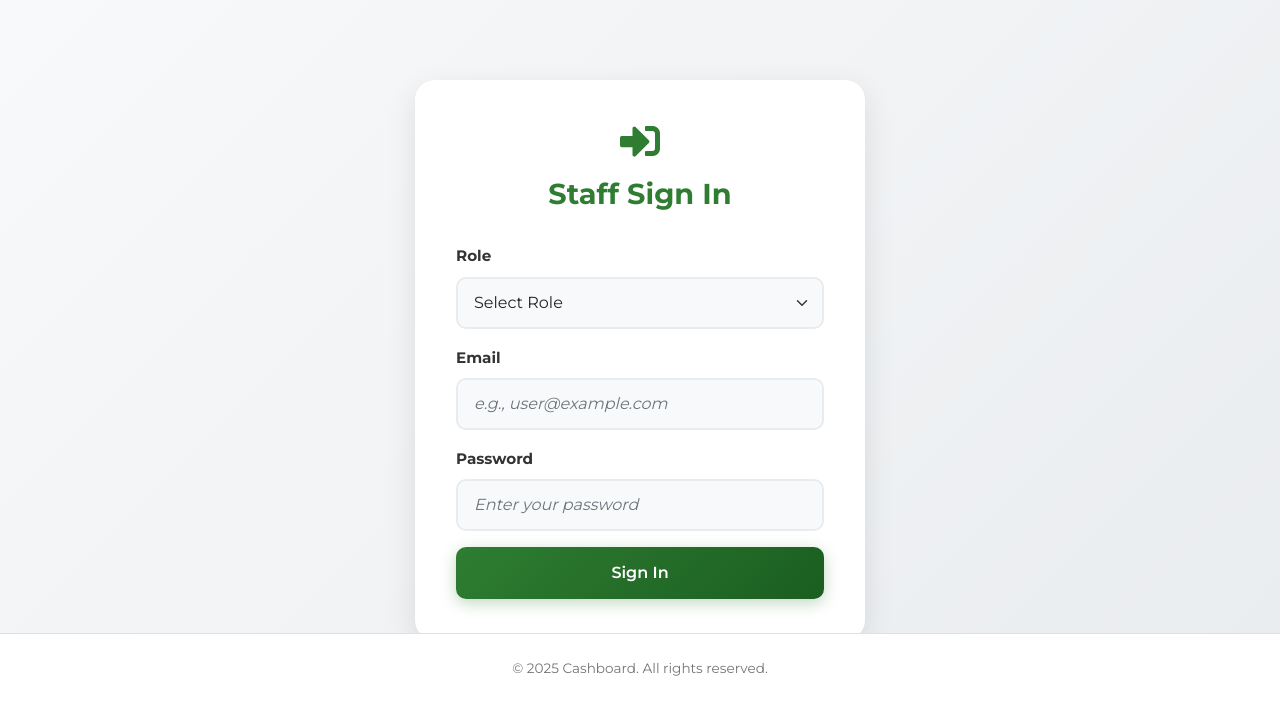
Repository: VonMGH/ALUmytics
Page: http://localhost/staff/login.php
An editor plug-in stored every save of this project. The page is shown before and after the next save, followed by the edit.
The browser window is 1280 px wide. The pictures show the whole page.
The page is run by PHP 8.4 with error messages shown; the project is at /var/www/html/. The database holds what the project's SQL file puts in it.

Above is the page before, as saved 2025-08-17 23:30:35.

### staff/login.php
<?php
ini_set('display_errors', 1);
ini_set('display_startup_errors', 1);
error_reporting(E_ALL);

require_once __DIR__ . '/../db/Database.php';
session_start();

$isAjax = isset($_SERVER['HTTP_X_REQUESTED_WITH']) && strtolower($_SERVER['HTTP_X_REQUESTED_WITH']) === 'xmlhttprequest';

$toastData = null;

if ($_SERVER["REQUEST_METHOD"] === "POST") {
    $conn = Database::getInstance()->getConnection();
    $email = trim($_POST['email']);
    $password = $_POST['password'];
    $role = isset($_POST['role']) ? $_POST['role'] : '';
    $college_id = isset($_POST['college_id']) ? $_POST['college_id'] : '';

    if (!$role || ($role === 'coordinator' && !$college_id)) {
        if ($isAjax) {
            header('Content-Type: application/json');
            echo json_encode(['success' => false, 'error' => 'Role and (if coordinator) college are required.']);
            exit;
        }
        $toastData = [
            'message' => 'Role and (if coordinator) college are required.',
            'type' => 'error'
        ];
    } else {
        if ($role === 'coordinator') {
            $stmt = $conn->prepare("SELECT user_id, password_hash, college_id FROM users WHERE email = ? AND role = ?");
            $stmt->bind_param('ss', $email, $role);
        } else {
            $stmt = $conn->prepare("SELECT user_id, password_hash FROM users WHERE email = ? AND role = ?");
            $stmt->bind_param('ss', $email, $role);
        }
        $stmt->execute();
        if ($role === 'coordinator') {
            $stmt->store_result();
            if ($stmt->num_rows == 1) {
                $stmt->bind_result($userId, $hashedPassword, $db_college_id);
                $stmt->fetch();
                if ($db_college_id != $college_id) {
                    if ($isAjax) {
                        header('Content-Type: application/json');
                        echo json_encode(['success' => false, 'error' => 'Selected college does not match your assigned college.']);
                        exit;
                    }
                    $toastData = [
                        'message' => 'Selected college does not match your assigned college.',
                        'type' => 'error'
                    ];
                }
            } else {
                if ($isAjax) {
                    header('Content-Type: application/json');
                    echo json_encode(['success' => false, 'error' => 'No coordinator found with these credentials.']);
                    exit;
                }
                $toastData = [
                    'message' => 'No coordinator found with these credentials.',
                    'type' => 'error'
                ];
            }
        } else {
            $stmt->store_result();
            if ($stmt->num_rows == 1) {
                $stmt->bind_result($userId, $hashedPassword, $emailVerified);
                $stmt->fetch();
            } else {
                if ($isAjax) {
                    header('Content-Type: application/json');
                    echo json_encode(['success' => false, 'error' => 'No user found with these credentials and role.']);
                    exit;
                }
                $toastData = [
                    'message' => 'No user found with these credentials and role.',
                    'type' => 'error'
                ];
            }
        }
        if (!isset($toastData)) { // Only proceed if no error so far
            if (password_verify($password, $hashedPassword)) {
                if ($emailVerified == 0) {
                    $_SESSION['user_id'] = $userId;
                    $_SESSION['email'] = $email;
                    $_SESSION['otp_user_id'] = $userId;
                    $_SESSION['registration_email'] = $email;
                    if ($isAjax) {
                        header('Content-Type: application/json');
                        echo json_encode(['success' => true, 'redirect' => '../alumni/email-verification.php']);
                        exit;
                    }
                    // Redirect instantly for email verification
                    header('Location: ../alumni/email-verification.php');
                    exit;
                } else {
                    $_SESSION['user_id'] = $userId;
                    $_SESSION['email'] = $email;
                    $ipAddress = $_SERVER['REMOTE_ADDR'];
                    $success = 1;
                    $logStmt = $conn->prepare("INSERT INTO login_logs (user_id, ip_address, success) VALUES (?, ?, ?)");
                    $logStmt->bind_param('isi', $userId, $ipAddress, $success);
                    $logStmt->execute();
                    $logStmt->close();
                    if ($isAjax) {
                        $onboardedStmt = $conn->prepare("SELECT onboarded FROM users WHERE user_id = ?");
                        $onboardedStmt->bind_param('i', $userId);
                        $onboardedStmt->execute();
                        $onboardedStmt->bind_result($onboarded);
                        $onboardedStmt->fetch();
                        $onboardedStmt->close();
                        if ($onboarded == 0) {
                            header('Content-Type: application/json');
                            echo json_encode(['success' => true, 'redirect' => '../alumni/UpdateAccount.php']);
                            exit;
                        } else {
                            // All staff roles redirect to unified dashboard
                            $redirectUrl = 'index.php';
                            header('Content-Type: application/json');
                            echo json_encode(['success' => true, 'redirect' => $redirectUrl]);
                            exit;
                        }
                    }
                    $onboardedStmt = $conn->prepare("SELECT onboarded FROM users WHERE user_id = ?");
                    $onboardedStmt->bind_param('i', $userId);
                    $onboardedStmt->execute();
                    $onboardedStmt->bind_result($onboarded);
                    $onboardedStmt->fetch();
                    $onboardedStmt->close();
                    if ($onboarded == 0) {
                        // Redirect instantly for non-onboarded users
                        header('Location: ../alumni/UpdateAccount.php');
                        exit;
                    } else {
                        // All staff roles redirect to unified dashboard instantly
                        header('Location: index.php');
                        exit;
                    }
                }
            } else {
                $ipAddress = $_SERVER['REMOTE_ADDR'];
                $success = 0;
                $logStmt = $conn->prepare("INSERT INTO login_logs (user_id, ip_address, success) VALUES (?, ?, ?)");
                $logStmt->bind_param('isi', $userId, $ipAddress, $success);
                $logStmt->execute();
                $logStmt->close();
                if ($isAjax) {
                    header('Content-Type: application/json');
                    echo json_encode(['success' => false, 'error' => 'Incorrect password. Try again.']);
                    exit;
                }
                $toastData = [
                    'message' => 'Incorrect password. Try again.',
                    'type' => 'error'
                ];
            }
        }
        $stmt->close();
        // Do NOT call $conn->close() here
    }
}

// Fetch colleges for dropdown
$colleges = [];
$conn = Database::getInstance()->getConnection();
$result = $conn->query("SELECT id, name FROM colleges ORDER BY name ASC");
while ($row = $result->fetch_assoc()) {
    $colleges[] = $row;
}
$conn->close();
?>
<?php include 'includes/header.php'; ?>
<link rel="stylesheet" href="css/style.css">
<link rel="stylesheet" href="css/footer_fixed.css">
<style>
.login-container {
    background: linear-gradient(135deg, #f8f9fa 0%, #e9ecef 100%);
    min-height: 100vh;
    display: flex;
    align-items: center;
    justify-content: center;
    padding: 2rem;
}

.login-card {
    background: white;
    border-radius: 20px;
    box-shadow: 0 10px 30px rgba(0, 0, 0, 0.1);
    padding: 2.5rem;
    max-width: 450px;
    width: 100%;
    border: 1px solid rgba(255, 255, 255, 0.2);
    backdrop-filter: blur(10px);
}

.login-header {
    text-align: center;
    margin-bottom: 2rem;
}

.login-header h2 {
    color: var(--primary-color);
    font-size: 1.8rem;
    font-weight: 700;
    margin-bottom: 0.5rem;
}

.login-header i {
    font-size: 2.5rem;
    color: var(--primary-color);
    margin-bottom: 1rem;
    display: block;
}

.form-label.fw-bold {
    font-weight: 700 !important;
    color: var(--text-color);
    margin-bottom: 0.5rem;
    font-size: 0.95rem;
}

.form-control, .form-select {
    border: 2px solid #e9ecef;
    border-radius: 10px;
    padding: 0.75rem 1rem;
    font-size: 1rem;
    transition: all 0.3s ease;
    background-color: #f8f9fa;
}

.form-control:focus, .form-select:focus {
    border-color: var(--primary-color);
    box-shadow: 0 0 0 0.2rem rgba(46, 125, 50, 0.25);
    background-color: white;
}

.form-control::placeholder {
    color: #6c757d;
    font-style: italic;
}

.btn-primary {
    background: linear-gradient(135deg, var(--primary-color) 0%, #1b5e20 100%) !important;
    border: none !important;
    border-radius: 10px !important;
    padding: 0.875rem 1.5rem !important;
    font-weight: 600 !important;
    font-size: 1rem !important;
    transition: all 0.3s ease !important;
    box-shadow: 0 4px 15px rgba(46, 125, 50, 0.3) !important;
}

.btn-primary:hover {
    transform: translateY(-2px) !important;
    box-shadow: 0 6px 20px rgba(46, 125, 50, 0.4) !important;
}

@media (max-width: 576px) {
    .login-container {
        padding: 1rem;
    }

    .login-card {
        padding: 2rem;
    }

    .login-header h2 {
        font-size: 1.5rem;
    }
}
</style>

<div class="login-container">
  <div class="login-card">
    <div class="login-header">
      <i class="fas fa-sign-in-alt"></i>
      <h2>Staff Sign In</h2>
    </div>
    <form id="signInForm" method="post" action="">
      <div class="mb-3">
        <label for="role" class="form-label fw-bold">Role</label>
        <select name="role" id="role" class="form-select" required onchange="handleRoleChange()">
          <option value="">Select Role</option>
          <option value="coordinator">Coordinator</option>
          <option value="admin">Admin</option>
          <option value="superadmin">Super Admin</option>
        </select>
      </div>
      <div class="mb-3" id="collegeDiv" style="display:none;">
        <label for="college_id" class="form-label fw-bold">College (for Coordinators)</label>
        <select name="college_id" id="college_id" class="form-select">
          <option value="">Select College</option>
          <?php foreach ($colleges as $college): ?>
            <option value="<?= htmlspecialchars($college['id']) ?>"><?= htmlspecialchars($college['name']) ?></option>
          <?php endforeach; ?>
        </select>
      </div>
      <div class="mb-3">
        <label for="email" class="form-label fw-bold">Email</label>
        <input type="email" name="email" id="email" class="form-control" placeholder="e.g., user@example.com" required>
      </div>
      <div class="mb-3">
        <label for="password" class="form-label fw-bold">Password</label>
        <input type="password" name="password" id="password" class="form-control" placeholder="Enter your password" required>
      </div>
      <button type="submit" class="btn btn-primary w-100">Sign In</button>
    </form>
  </div>
</div>
<script>
function handleRoleChange() {
    var role = document.getElementById('role').value;
    var collegeDiv = document.getElementById('collegeDiv');
    if (role === 'coordinator') {
        collegeDiv.style.display = 'block';
        document.getElementById('college_id').required = true;
    } else {
        collegeDiv.style.display = 'none';
        document.getElementById('college_id').required = false;
    }
}

document.addEventListener('DOMContentLoaded', function() {
    document.getElementById('role').addEventListener('change', handleRoleChange);
    handleRoleChange();
});
</script>
<?php include 'includes/footer.php'; ?>

### db/Database.php
<?php
class Database {
    private static $instance;
    private $conn;

    private function __construct() {
        // Database connection details
        $host = 'localhost';
        $username = 'root';
        $password = '';
        $database = 'alumytics';

        $this->conn = new mysqli($host, $username, $password, $database);

        if ($this->conn->connect_error) {
            die("Connection failed: " . $this->conn->connect_error);
        }

        $this->conn->query("SET time_zone = '+08:00'");
    }

    public static function getInstance() {
        if (self::$instance === null) {
            self::$instance = new Database();
        }

        return self::$instance;
    }

    public function getConnection() {
        return $this->conn;
    }
}
?>

### staff/includes/header.php
<?php
$current = basename($_SERVER['PHP_SELF']);
if ($current !== 'login.php') {
    require_once __DIR__ . '/access_control.php';
    $topbarStaffName = $userName ?? 'Staff';
    $topbarRoleName = getRoleDisplayName($role ?? '');
} else {
    $topbarStaffName = 'Staff';
    $topbarRoleName = 'Staff';
}
?>
<!DOCTYPE html>
<html lang="en">
<head>
    <meta charset="UTF-8">
    <meta name="viewport" content="width=device-width, initial-scale=1.0">
    <link rel="icon" type="image/x-icon" href="includes/logo.png">
    <title>Alumytics</title>
    <link href="https://fonts.googleapis.com/css2?family=Montserrat:wght@400;500;600;700&display=swap" rel="stylesheet">
    <link rel="stylesheet" href="https://cdnjs.cloudflare.com/ajax/libs/font-awesome/5.15.4/css/all.min.css" referrerpolicy="no-referrer" />
    <link rel="stylesheet" href="https://unpkg.com/leaflet/dist/leaflet.css" />
    <link rel="stylesheet" href="https://cdn.jsdelivr.net/npm/bootstrap@5.3.2/dist/css/bootstrap.min.css">
    <link rel="preload" href="css/style.css" as="style">
    <link rel="stylesheet" href="css/style.css">
    <link rel="stylesheet" href="css/shell.css">
    <script src="https://cdn.jsdelivr.net/npm/chart.js"></script>
    <script src="https://unpkg.com/leaflet/dist/leaflet.js"></script>
    <?php if ($current !== 'login.php'): ?>
    <script src="js/sidebar-toggle.js?v=1" defer></script>
    <?php endif; ?>
</head>
<body>
    <?php if ($current !== 'login.php'): ?>
    <!-- Top Navigation Bar -->
    <nav class="topbar">
        <div class="topbar-left">
            <button class="sidebar-toggle-btn" onclick="toggleSidebar()" aria-label="Toggle Sidebar">
                <i class="fas fa-bars"></i>
            </button>
            <span class="topbar-title">Staff Portal</span>
        </div>
        <div class="topbar-right">
            <div class="topbar-user">
                <i class="fas fa-user-circle"></i>
                <span class="topbar-user-text">
                    <span class="topbar-user-greeting">Welcome, <?php echo htmlspecialchars($topbarStaffName); ?></span>
                    <span class="topbar-user-role"><?php echo htmlspecialchars($topbarRoleName); ?></span>
                </span>
            </div>
            <a href="#" onclick="showStaffLogoutModal(); return false;" class="logout-link" title="Logout">
                <i class="fas fa-power-off"></i>
            </a>
        </div>
    </nav>

    <!-- Sidebar Overlay for Mobile -->
    <div class="sidebar-overlay" onclick="toggleSidebar()"></div>

    <!-- Logout Confirmation Modal -->
    <div id="staffLogoutModal" class="logout-modal" style="display: none;">
        <div class="logout-modal-overlay" onclick="hideStaffLogoutModal()"></div>
        <div class="logout-modal-content">
            <div class="logout-modal-header">
                <h3>Confirm Logout</h3>
                <button class="logout-modal-close" onclick="hideStaffLogoutModal()" type="button">&times;</button>
            </div>
            <div class="logout-modal-body">
                <p>Are you sure you want to log out?</p>
            </div>
            <div class="logout-modal-footer">
                <button class="logout-btn-confirm" type="button" onclick="confirmStaffLogout()">Logout</button>
                <button class="logout-btn-cancel" type="button" onclick="hideStaffLogoutModal()">Cancel</button>
            </div>
        </div>
    </div>

    <script>
        function showStaffLogoutModal() {
            var modal = document.getElementById('staffLogoutModal');
            if (modal) modal.style.display = 'flex';
        }

        function hideStaffLogoutModal() {
            var modal = document.getElementById('staffLogoutModal');
            if (modal) modal.style.display = 'none';
        }

        function confirmStaffLogout() {
            window.location.href = '../logout.php';
        }

        document.addEventListener('keydown', function (event) {
            if (event.key === 'Escape') {
                hideStaffLogoutModal();
            }
        });
    </script>
    <?php endif; ?>

    <div class="wrapper">

### staff/includes/footer.php
<footer class="footer">
        <p>&copy; <?php echo date('Y'); ?> Cashboard. All rights reserved.</p>
    </footer>

### staff/css/footer_fixed.css
.footer {
    position: fixed;
    bottom: 0;
    left: 0;
    width: 100%;
    text-align: center;
    padding: 1.5rem;
    font-size: 0.85rem;
    color: var(--light-text);
    border-top: 1px solid var(--border-color);
    background-color: white;
    z-index: 1000;
}

### alumytics.sql (the tables this page reads)
CREATE TABLE `colleges` (
  `id` int(11) NOT NULL,
  `name` varchar(255) NOT NULL
) ENGINE=InnoDB DEFAULT CHARSET=utf8mb4 COLLATE=utf8mb4_general_ci;

INSERT INTO `colleges` (`id`, `name`) VALUES
(1, 'College of Accountancy'),
(2, 'College of Arts and Sciences'),
(3, 'College of Business Administration'),
(4, 'College of Computer Studies and Technology'),
(5, 'College of Engineering'),
(6, 'College of Human Kinetics'),
(7, 'College of Nursing and Allied Health Sciences'),
(8, 'College of Teacher Education'),
(9, 'College of Tourism and Hospitality Management');

ALTER TABLE `colleges`
  ADD PRIMARY KEY (`id`);

ALTER TABLE `colleges`
  MODIFY `id` int(11) NOT NULL AUTO_INCREMENT, AUTO_INCREMENT=10;

Loaded but not shown: staff/css/style.css (843 lines, source omitted); staff/css/shell.css (654 lines, source omitted)

After the next save:
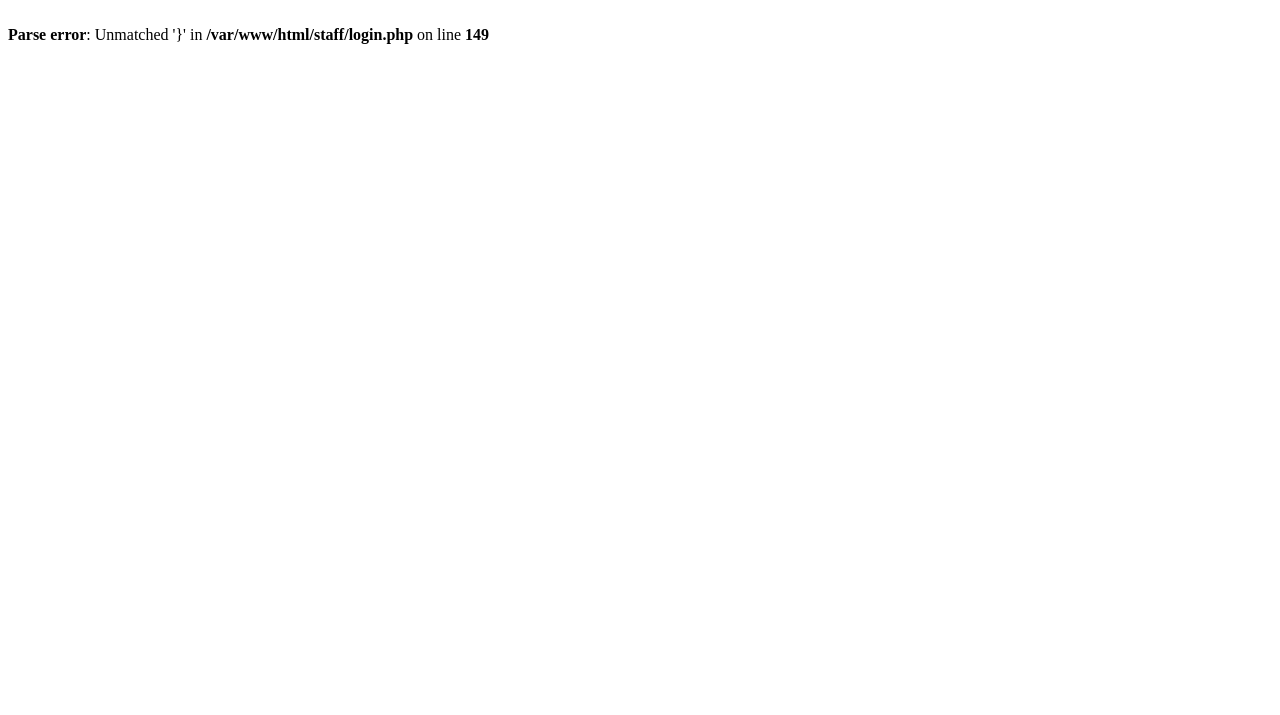
Saved 17 s later.
--- a/staff/login.php
+++ b/staff/login.php
@@ -66,7 +66,7 @@
         } else {
             $stmt->store_result();
             if ($stmt->num_rows == 1) {
-                $stmt->bind_result($userId, $hashedPassword, $emailVerified);
+                $stmt->bind_result($userId, $hashedPassword);
                 $stmt->fetch();
             } else {
                 if ($isAjax) {
@@ -82,22 +82,8 @@
         }
         if (!isset($toastData)) { // Only proceed if no error so far
             if (password_verify($password, $hashedPassword)) {
-                if ($emailVerified == 0) {
-                    $_SESSION['user_id'] = $userId;
-                    $_SESSION['email'] = $email;
-                    $_SESSION['otp_user_id'] = $userId;
-                    $_SESSION['registration_email'] = $email;
-                    if ($isAjax) {
-                        header('Content-Type: application/json');
-                        echo json_encode(['success' => true, 'redirect' => '../alumni/email-verification.php']);
-                        exit;
-                    }
-                    // Redirect instantly for email verification
-                    header('Location: ../alumni/email-verification.php');
-                    exit;
-                } else {
-                    $_SESSION['user_id'] = $userId;
-                    $_SESSION['email'] = $email;
+                $_SESSION['user_id'] = $userId;
+                $_SESSION['email'] = $email;
                     $ipAddress = $_SERVER['REMOTE_ADDR'];
                     $success = 1;
                     $logStmt = $conn->prepare("INSERT INTO login_logs (user_id, ip_address, success) VALUES (?, ?, ?)");

After the save that followed:
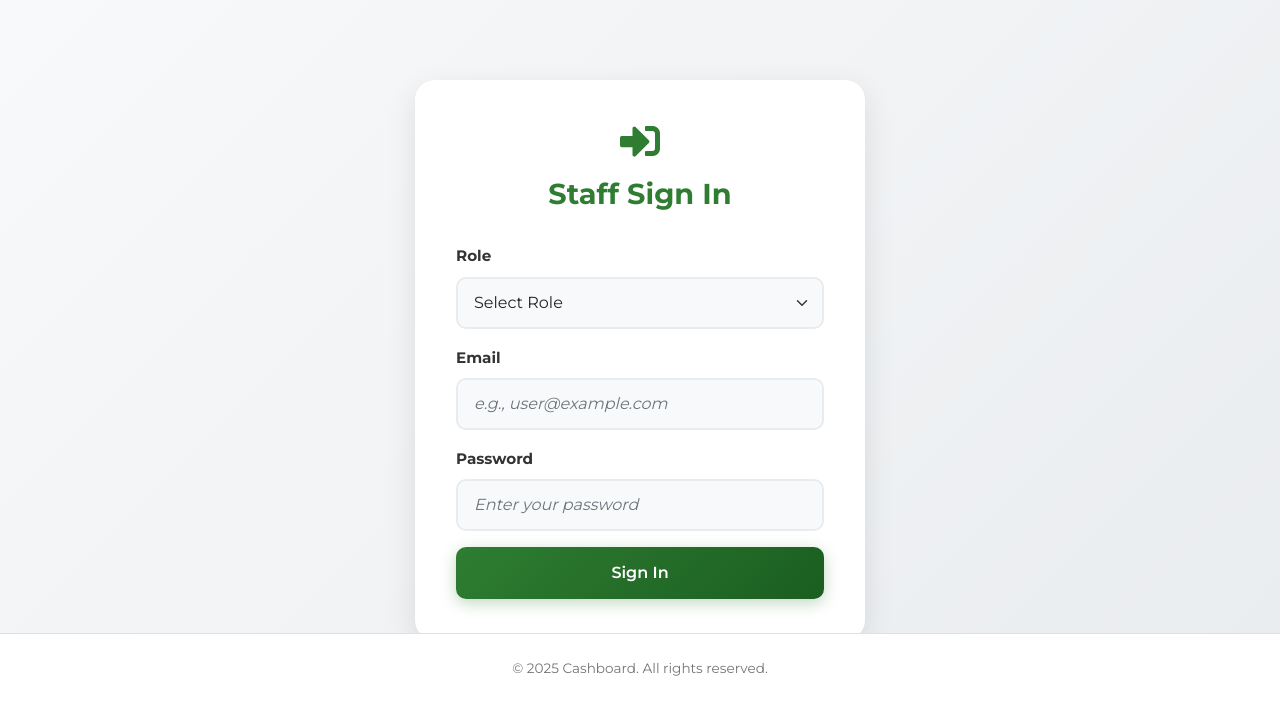
Saved 3 min 18 s later.
--- a/staff/login.php
+++ b/staff/login.php
@@ -146,7 +146,6 @@
         $stmt->close();
         // Do NOT call $conn->close() here
     }
-}
 
 // Fetch colleges for dropdown
 $colleges = [];
